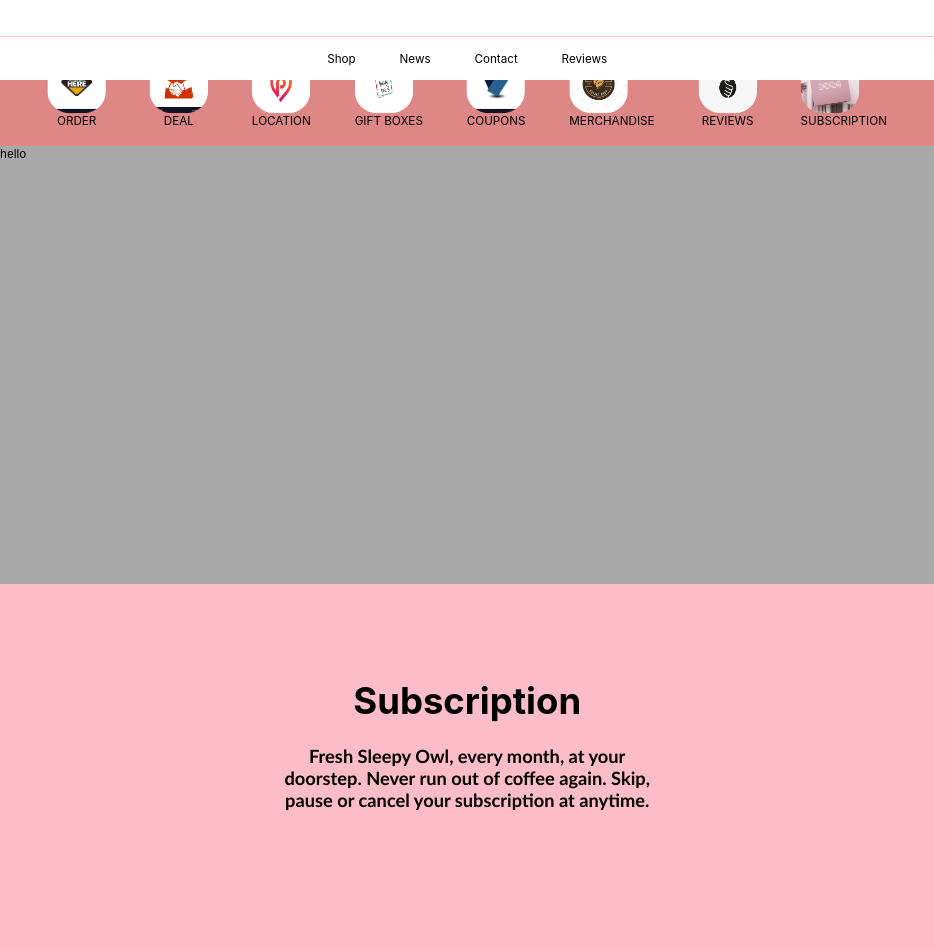
Repository: tusharpasricha/owlsomecoffee
Page: /
An editor plug-in stored every save of this project. The page is shown before and after the next save, followed by the edit.
The browser window is 1280 px wide. The pictures show the whole page, at 73% of full size.
The project was rebuilt for these pictures with package versions that can differ from the ones it lists, and the page was loaded fresh each time.

Above is the page before, as saved 2021-09-27 11:11:00.

### src/App.js

//import './App.css';
import Navbar from './components/navbar';
import Bar from './components/bar';
import Subs from './components/subscription';
import Review from './components/review';

function App() {
  return (
    <div className="App">
     <Navbar></Navbar>
     <Bar></Bar>
     <Review></Review>
     <Subs></Subs>

    </div>
  );
}

export default App;

### src/components/navbar.js
import React from 'react'
import './navbar.css'

const Navbar = () => {
    return (
      <header className="mobileNav">
    <div className="nav">
<ul className="options">
  <li><a href="default.asp">Shop</a></li>
  <li><a href="news.asp">News</a></li>
  <li><a href="contact.asp">Contact</a></li>
  <li><a href="about.asp">Reviews</a></li>
</ul>
    </div>
    </header>
    )
}

export default Navbar

### src/components/bar.js
import React from 'react';
import {Link} from 'react-scroll';
import './bar.css';
import order from './order.jpg';
import deal from './deal.jpg';
import location from './location.jpg';
import coupon from './coupon.jpg';
import gift from './gift.jpg';
import review from './review.jpg';
import subscription from './subscription.png';
import logo from './logo.jfif';

const Bar = () => {
    return (
        <div className="bar">
<ul>
  <li> <img src={order}></img> <a href="default.asp">ORDER</a></li>
  <li><img src={deal}></img> <a href="news.asp">DEAL</a></li>
  <li><img src={location}></img> <a href="contact.asp">LOCATION</a></li>
  <li><img src={gift}></img> <a href="about.asp">GIFT BOXES</a></li>
  <li><img src={coupon}></img> <a href="about.asp">COUPONS</a></li>
  <li><img src={logo}></img> <a href="about.asp">MERCHANDISE</a></li>
  <li><img src={review}></img> <a href="about.asp">REVIEWS</a></li>
  <li><img src={subscription}></img> <Link to="subs" smooth={true} duration={1000}>SUBSCRIPTION</Link></li>

</ul>
        </div>
    )
}

export default Bar

### src/components/subscription.js
import React from 'react'
import './subscription.css';

const Subs = () => {
    return (

        <div className="subs" id="subs">
        <section>
        <h1>Subscription</h1>
        <p>Fresh Sleepy Owl, every month, at your doorstep. Never run out of coffee again. Skip, pause or cancel your subscription at anytime.</p>
        </section>

        </div>

    )
}

export default Subs

### src/components/review.js
import React from 'react';
import './review.css';

const Review = () => {
    return (
        <div className="review">
            hello
        </div>
    )
}

export default Review

### src/components/navbar.css
*{
    margin: 0%;

}

.nav{
    margin-top: 0%;
    background-color: rgb(255, 255, 255);
    display: flex;
    justify-content: center;
    height: 60px;
    width: 100%;
    align-items: center;
    position: fixed;
}
ul{

     display: flex;
     list-style-type: none;
     justify-content: center;
     padding: 2px;
 }
 li{
     padding-right: 40px;
     padding-left: 40px;
 }
 a{
     text-decoration: none;
     color: black;
 }

### src/components/bar.css
*{
    margin: 0%;

}
.bar{
    margin-top: 50px;
    background-color: rgba(209, 94, 94, 0.74);
    display: flex;
    justify-content: center;
    height: 150px;
    align-items: center;
}
ul{
     display: flex;
     list-style-type: none;
     justify-content: center;
     padding: 2px;
 }
 li{
     display: flex;
     flex-direction: column;
     padding-right: 30px;
     padding-left: 30px;
     text-align: center;

 }
 a{
     text-decoration: none;
     color: black;
 }
img{

    height: 80px;
    width: 80px;
    border-radius: 30px;
}

### src/components/subscription.css
.subs{
    display: flex;
    justify-content: center;
    background-color: rgb(252, 188, 200);
    height: 500px;
}
section{

    flex-direction: column;
    padding: 100px;
    width: 40%;

}
h1{
    font-size: 50px;
    text-align: center;
    font-weight: bolder;
    padding: 30px;
}
p{
    font-family: 'Trebuchet MS', 'Lucida Sans Unicode', 'Lucida Grande', 'Lucida Sans', Arial, sans-serif;
    text-align: center;
    font-weight: bold;
    font-size: 25px;
}

### src/components/review.css
.review{
    background-color: darkgray;
    height: 600px;
}

Loaded but not shown: public/index.html (common file); src/index.js (common file); src/index.css (common file)

After the next save:
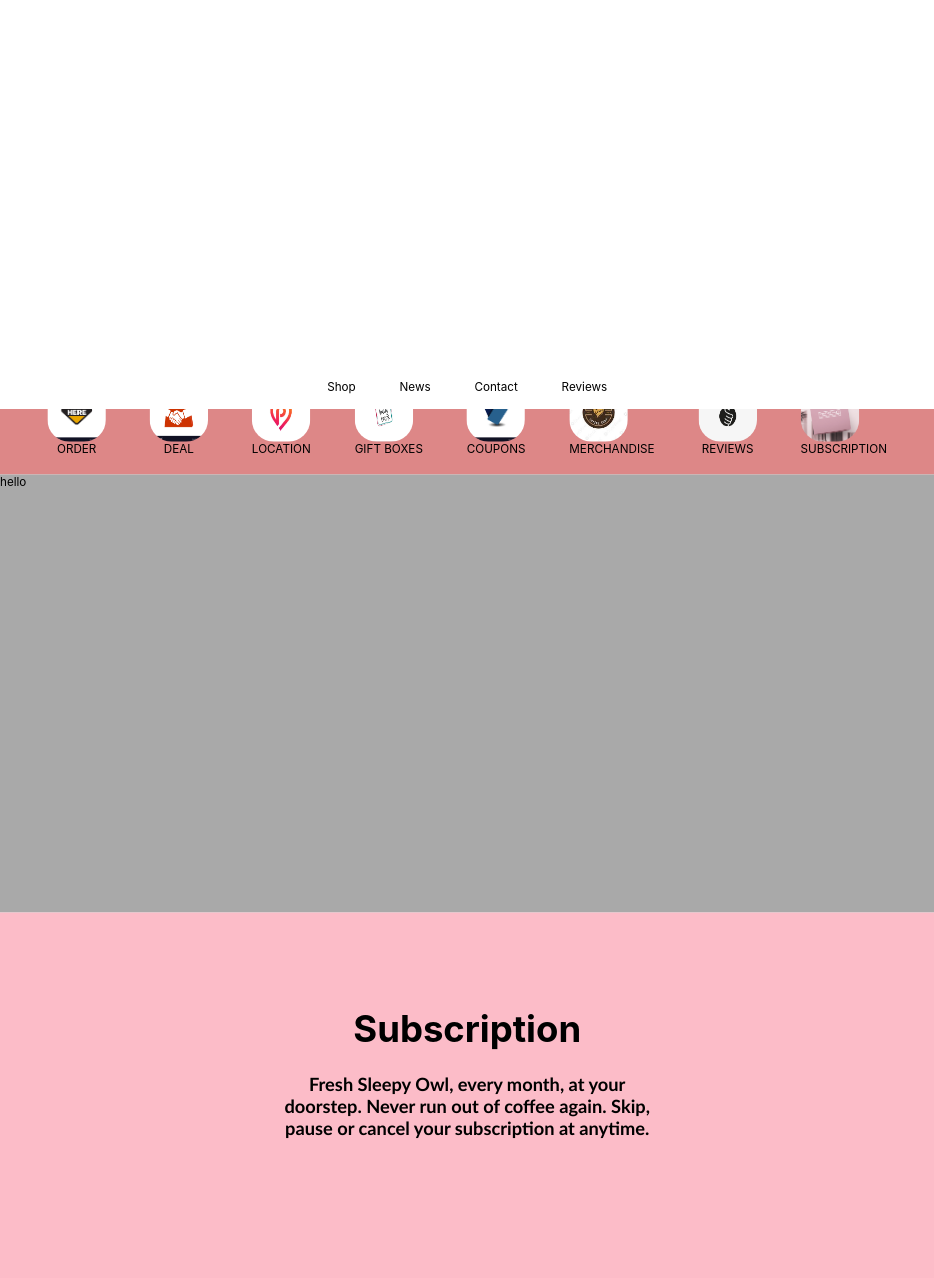
Saved 5 s later.
--- a/src/components/bar.css
+++ b/src/components/bar.css
@@ -3,7 +3,7 @@
 
 }
 .bar{
-    margin-top: 50px;
+    margin-top: 500px;
     background-color: rgba(209, 94, 94, 0.74);
     display: flex;
     justify-content: center;
